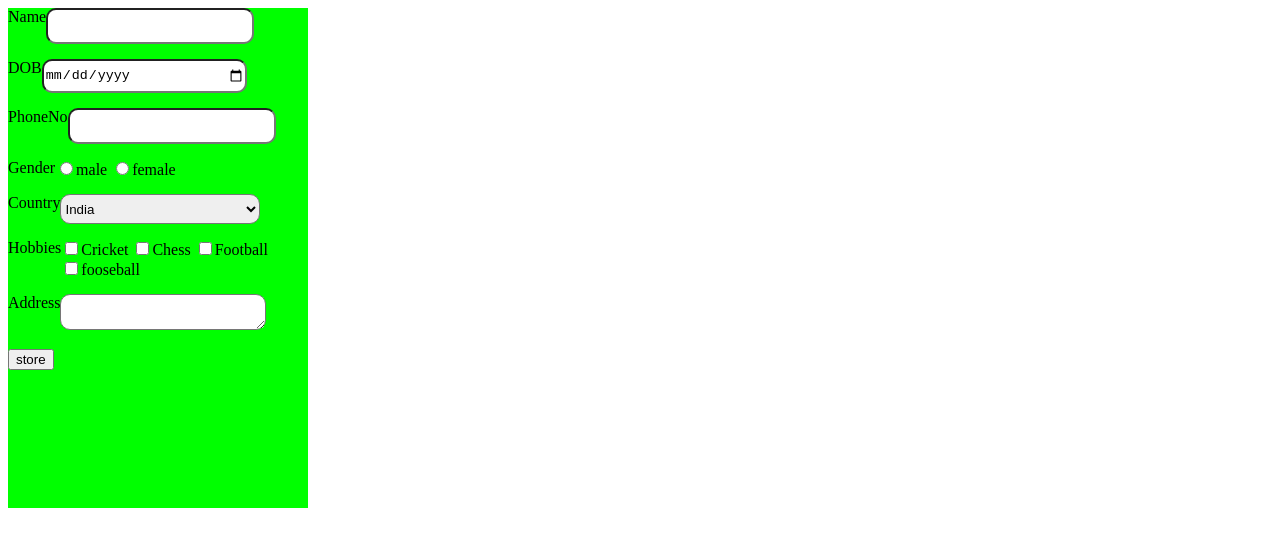
Repository: mnarendra333/batch21_WE
Page: RegApp/WebContent/index.html
These files come from the project's save history. The page is drawn as it stood at one moment and after the next save; the edit follows.
The browser window is 1280 px wide. The pictures show the whole page.

Above is the page before, as saved 2019-02-10 07:25:39.

### RegApp/WebContent/index.html
<!DOCTYPE html>
<html>
<head>
<meta charset="ISO-8859-1">
<title>Insert title here</title>

<style type="text/css">
.mainDiv {
	height: 500px;
	width: 300px;
	background-color: lime;
}

.rowDiv {
	/* display: inline-flex; */
	padding-bottom: 15px;
	display: inline-flex;
	padding-right: 30px;
}

.cInput{
	border-radius: 10px;
    height: 30px;
    width: 200px;
}
.lableDiv{
	padding-right: 30px;
}


</style>
</head>
<body>



	<form action="regsrv" method="post">


		<div class="mainDiv">

			<div class="rowDiv">
				<div>Name</div>
				<div>
					<input type="text" class="cInput" name="uname">
				</div>
			</div>
			<div class="rowDiv">
				<div>DOB</div>
				<div>
					<input type="date" class="cInput" name="dob">
				</div>
			</div>
			<div class="rowDiv">
				<div>PhoneNo</div>
				<div>
					<input type="number" class="cInput" name="phno">
				</div>
			</div>
			<div class="rowDiv">
				<div>Gender</div>
				<div>
					<input type="radio" name="gender" value="male">male <input
						type="radio" name="gender" value="female">female
				</div>
			</div>
			<div class="rowDiv">
				<div>Country</div>
				<div>
					<select name="country" class="cInput">
						<option>India</option>
						<option>China</option>
						<option>Aus</option>
						<option>WI</option>
						<option>Srilanka</option>

					</select>
				</div>
			</div>
			<div class="rowDiv">
				<div>Hobbies</div>
				<div>
					<input type="checkbox" name="hobbies" value="Cricket">Cricket
					<input type="checkbox" name="hobbies" value="Chess">Chess <input
						type="checkbox" name="hobbies" value="Football">Football <input
						type="checkbox" name="hobbies" value="fooseball">fooseball

				</div>
			</div>
			<div class="rowDiv">
				<div>Address</div>
				<div>
					<textarea name="addr" class="cInput"></textarea>
				</div>
			</div>
			<div class="rowDiv">

				<div>
					<input type="submit" value="store">
				</div>
			</div>


		</div>


	</form>

</body>
</html>

After the next save:
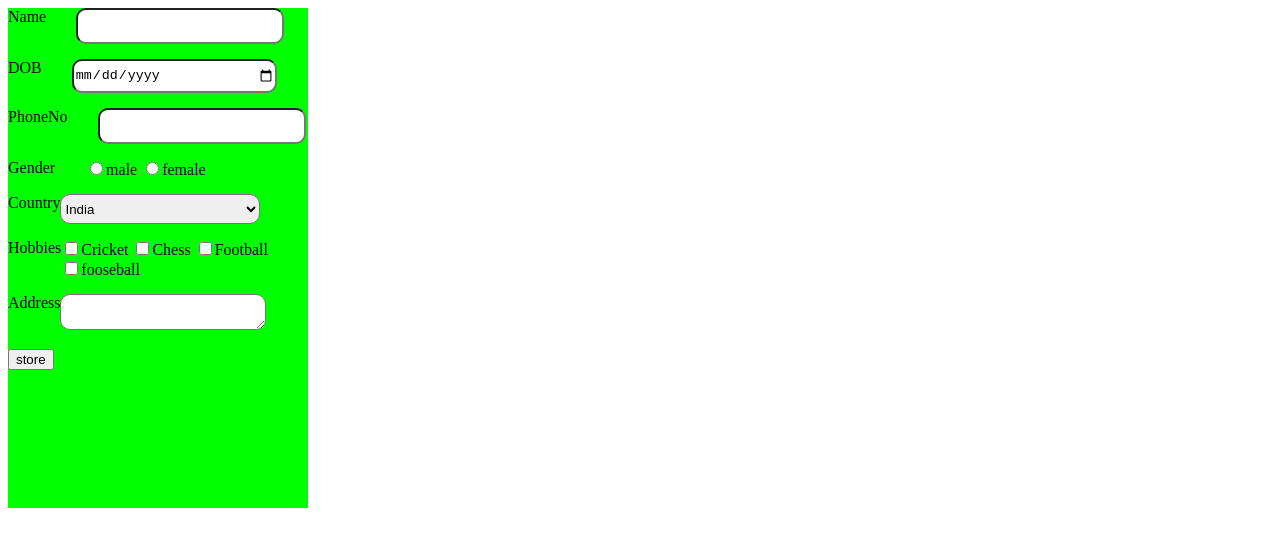
Saved 22 s later.
--- a/RegApp/WebContent/index.html
+++ b/RegApp/WebContent/index.html
@@ -40,25 +40,25 @@
 		<div class="mainDiv">
 
 			<div class="rowDiv">
-				<div>Name</div>
+				<div class="lableDiv">Name</div>
 				<div>
 					<input type="text" class="cInput" name="uname">
 				</div>
 			</div>
 			<div class="rowDiv">
-				<div>DOB</div>
+				<div class="lableDiv">DOB</div>
 				<div>
 					<input type="date" class="cInput" name="dob">
 				</div>
 			</div>
 			<div class="rowDiv">
-				<div>PhoneNo</div>
+				<div class="lableDiv">PhoneNo</div>
 				<div>
 					<input type="number" class="cInput" name="phno">
 				</div>
 			</div>
 			<div class="rowDiv">
-				<div>Gender</div>
+				<div class="lableDiv">Gender</div>
 				<div>
 					<input type="radio" name="gender" value="male">male <input
 						type="radio" name="gender" value="female">female
